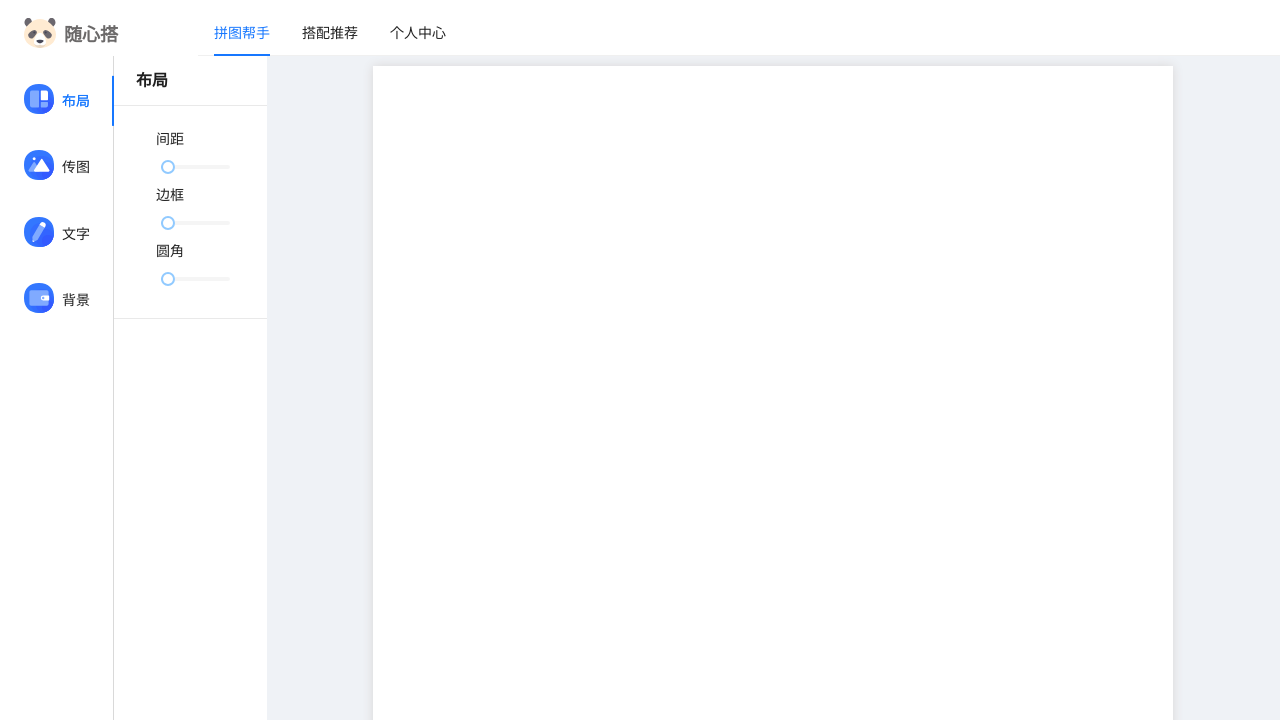
Repository: zzq1101921989/low-code
Page: /
These files come from the project's save history. The page is drawn as it stood at one moment and after the next save; the edit follows.
The browser window is 1280 px wide. The pictures show the whole page.
The project was rebuilt for these pictures with package versions that can differ from the ones it lists, and the page was loaded fresh each time. Also part of the build but not shown: vite.config.ts, src/pages/admin/index.tsx, src/pages/home/components/ItemBox/index.module.less, src/pages/home/components/ItemBox/index.tsx, src/components/icon/ClothesIcon.tsx, src/components/icon/HairIcon.tsx, src/components/icon/PantsIcon.tsx, src/components/icon/ShoeIcon.tsx and 1 more.

Above is the page before, as saved 2023-05-28 10:56:12.

After the next save:
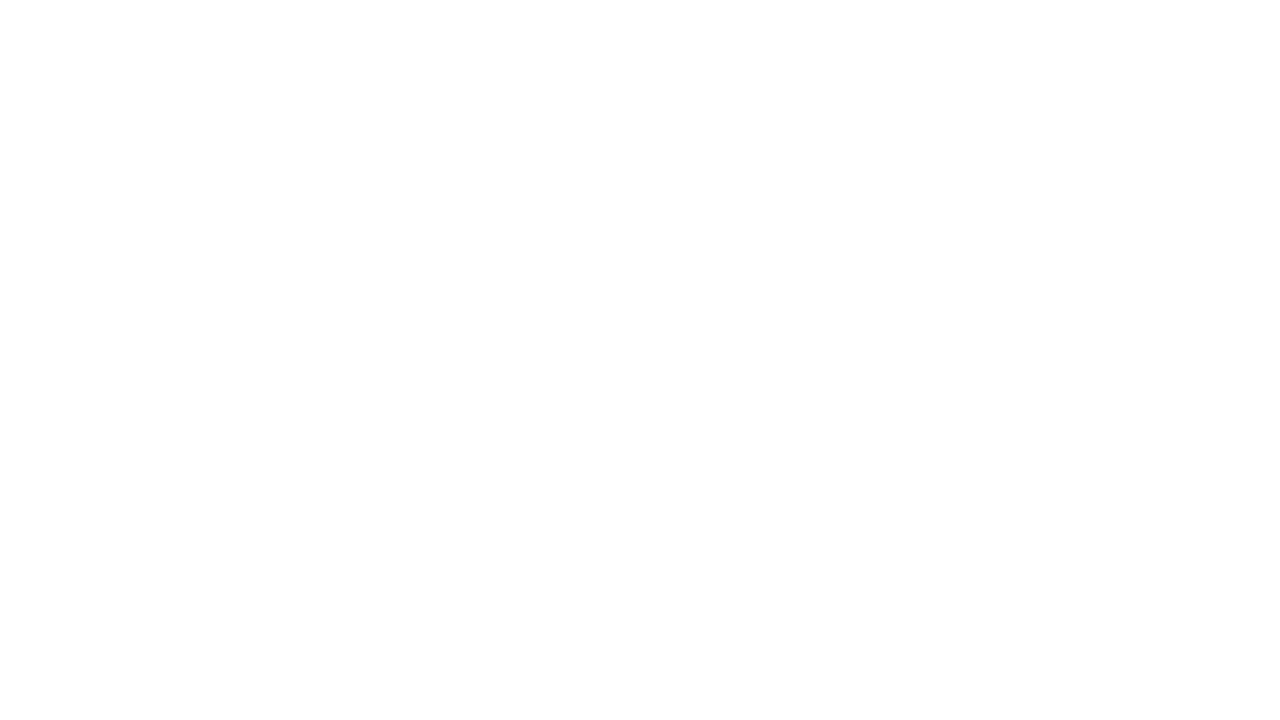
Console error: TypeError: Cannot read properties of undefined (reading 'len')
Saved 22 min 52 s later.
--- a/src/pages/home/features/DrawImage/index.tsx
+++ b/src/pages/home/features/DrawImage/index.tsx
@@ -168,6 +168,24 @@
     },
   ];
 
+  const createrItemBox = (width: number, height: number, left: number, top: number) => {
+    return createElement(
+      "div",
+      {
+        className: "edit-container",
+        key: Math.random() * 100000,
+        style: {
+          position: "absolute",
+          left,
+          top,
+          width,
+          height,
+        },
+      },
+      <ItemBox dataIndex={0} />
+    )
+  }
+
   /**
    *
    * @param layout
@@ -179,7 +197,7 @@
     containerWidth: number,
     containerHeight: number
   ) => {
-    const elements: ReactNode[] = [];
+    let elements: ReactNode[] = [];
 
     layout.forEach((lay) => {
       // 子元素
@@ -192,24 +210,22 @@
       if (children) {
 
 
+        children.forEach(child => {
+
+          const { dirH, dirW, type, children: childs } = child;
+
+          if (childs.len) {
+
+          }
+
+          elements = elements.concat(handlerLayout(childs))
+
+        })
 
 
       } else {
-        elements.push(createElement(
-          "div",
-          {
-            className: "edit-container",
-            key: Math.random() * 100000,
-            style: {
-              position: "absolute",
-              left: 0,
-              top: 0,
-              width: containerWidth,
-              height: containerHeight,
-            },
-          },
-          <ItemBox dataIndex={0} />
-        ));
+
+        elements.push(createrItemBox(containerWidth, containerHeight, 0, 0));
       }
     });
 

After the save that followed:
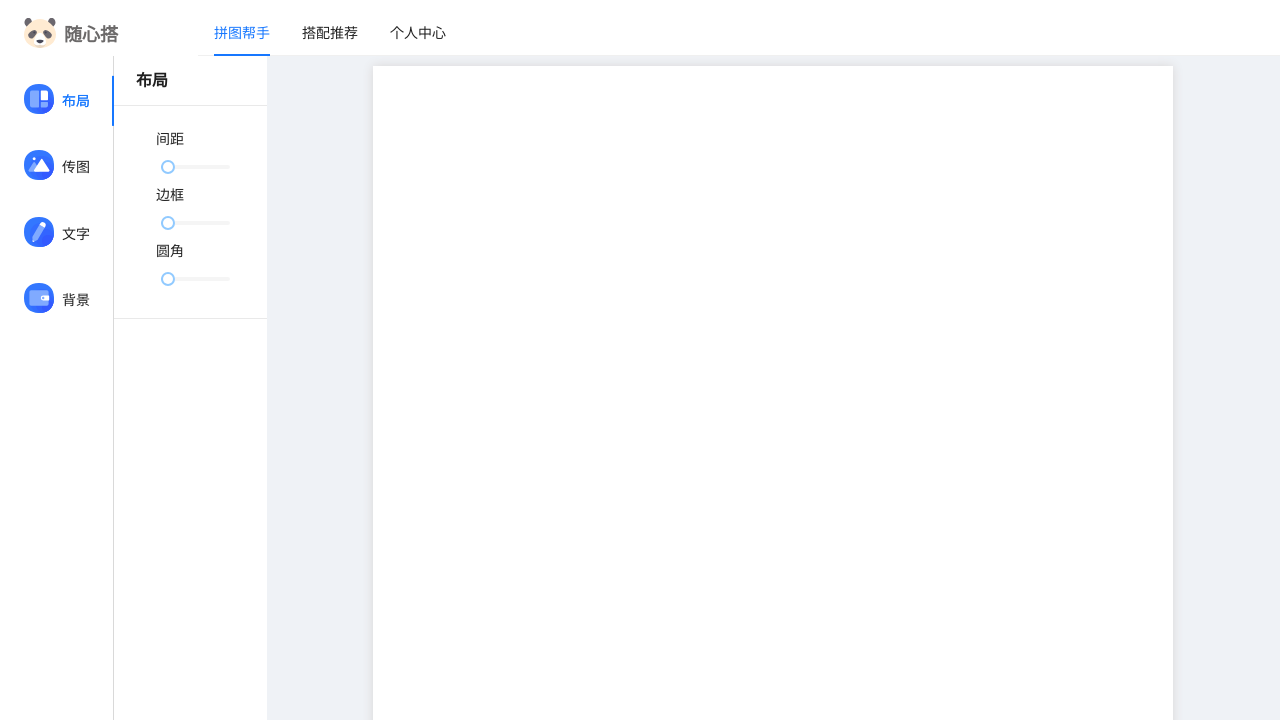
The error is gone.
Saved 18 s later.
--- a/src/pages/home/features/DrawImage/index.tsx
+++ b/src/pages/home/features/DrawImage/index.tsx
@@ -214,11 +214,8 @@
 
           const { dirH, dirW, type, children: childs } = child;
 
-          if (childs.len) {
-
-          }
-
-          elements = elements.concat(handlerLayout(childs))
+
+          // elements = elements.concat(handlerLayout(childs))
 
         })
 
